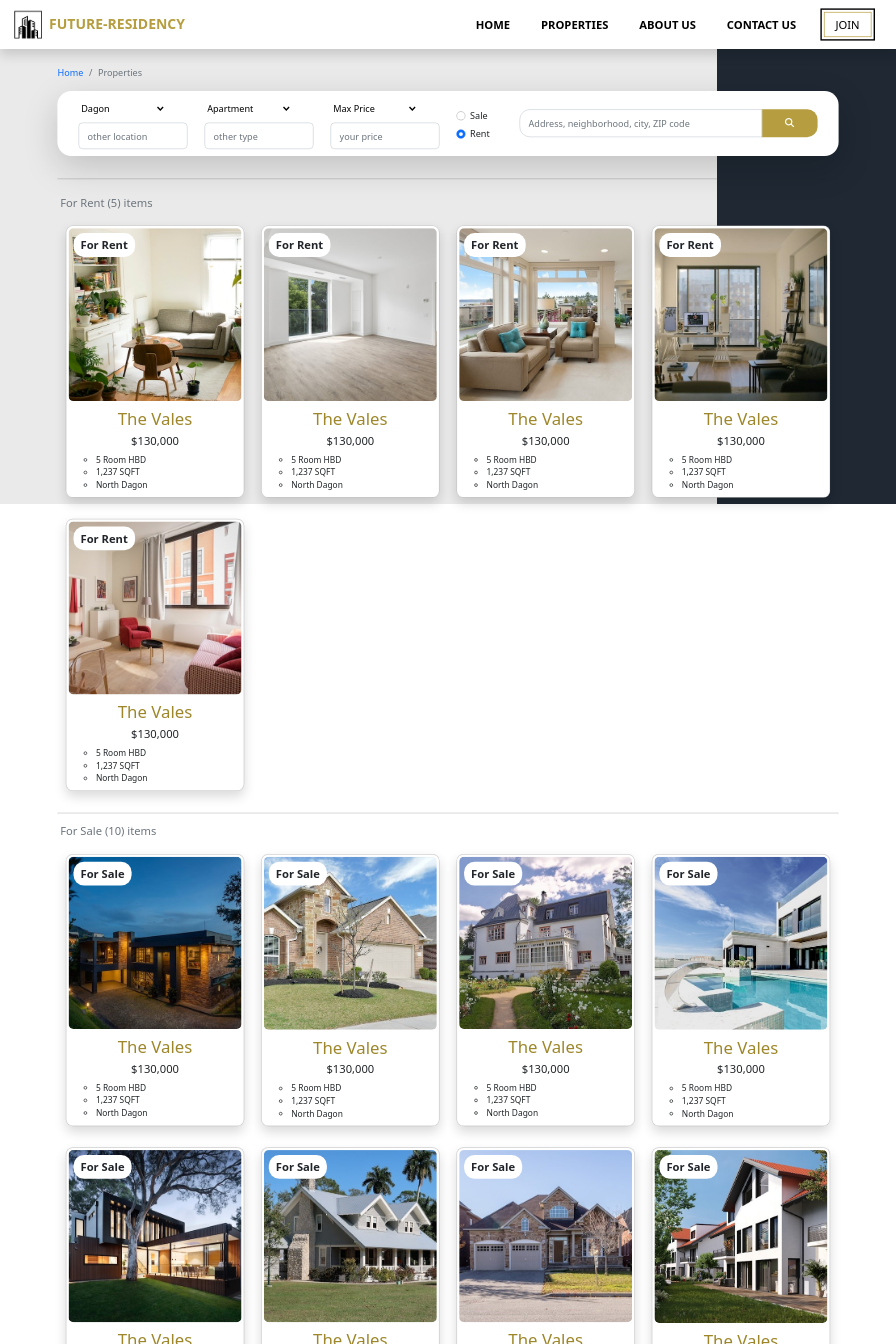
Repository: pyaestk/Future-residency
Page: properties.html
These files come from the project's save history. The page is drawn as it stood at one moment and after the next save; the edit follows.
The browser window is 1280 px wide. The pictures show the part of the page from y = 0 to 1920 px (the page is 2951 px tall), at 70% of full size.

Above is the page before, as saved 2022-12-13 16:56:53.

### properties.html
<!doctype html>
<html lang="en">
  <head>
    <meta charset="utf-8">
    <meta name="viewport" content="width=device-width, initial-scale=1, minimum-scale=1, maximum-scale=1 ">
    <title>FUTURE-RESIDENCY</title>
    <!--bootstrap-->
    <link href="https://cdn.jsdelivr.net/npm/bootstrap@5.2.3/dist/css/bootstrap.min.css" rel="stylesheet" integrity="sha384-rbsA2VBKQhggwzxH7pPCaAqO46MgnOM80zW1RWuH61DGLwZJEdK2Kadq2F9CUG65" crossorigin="anonymous">

    <!--custom css-->
    <link rel="stylesheet" href="style.css" type="text/css">
    <link rel="stylesheet" href="styleMobileview.css" type="text/css">
    <link rel="stylesheet" href="styleTabletview.css" type="text/css">

    <!--font awesome-->
    <link rel="stylesheet" href="https://cdnjs.cloudflare.com/ajax/libs/font-awesome/6.2.1/css/all.min.css" integrity="sha512-MV7K8+y+gLIBoVD59lQIYicR65iaqukzvf/nwasF0nqhPay5w/9lJmVM2hMDcnK1OnMGCdVK+iQrJ7lzPJQd1w==" crossorigin="anonymous" referrerpolicy="no-referrer" />

    <!--swiper js-->
    <link rel="stylesheet" href="https://cdn.jsdelivr.net/npm/swiper@8/swiper-bundle.min.css"/>

  </head>

<body>
  <div class="indexBackground"></div>
  <!--navigation-->
  <nav class="shadow">
    <div class="logo-area">
      <img src="img/FUTURE_ReSIDENCY-removebg-preview.png" alt="logo" class="logo">
      <span>FUTURE-RESIDENCY</span>
    </div>


    <!--desktop-->
    <div class="navlinks" id="nav-right">
      <div class="icon closeMenubar shadow" onclick="hideMenu()">
        <i class="fa-solid fa-xmark"></i>
      </div>
      <ul>
        <li><a href="index.html">HOME</a></li>
        <li><a href="#">PROPERTIES</a></li>
        <li><a href="aboutUs.html">ABOUT US</a></li>
        <li><a href="contactUs.html">CONTACT US</a></li>
        <a href="singIn.html" class="navibutton">JOIN</a></li>
      </ul>
    </div>
    <div class="icon openMenubar">
      <i class="fa-solid fa-bars" onclick="showMenu()"></i>
    </div>
  </nav>
  <!--end navigation-->


  <div class="container pb-5">

    <!--breadcrumb-->
    <div aria-label="breadcrumb" style="font-size: 13px;">
      <ol class="breadcrumb  pt-4">
        <li class="breadcrumb-item"><a href="index.html" class=" text-decoration-none">Home</a></li>
        <li class="breadcrumb-item active" aria-current="page">Properties</li>
      </ol>
    </div>

    <!--search bar-->
    <div class="row">
      <div class="col-md-12">

        <div class="searchSection shadow-lg mb-3">
          <div class="row">
            <div class="col-md-2 col">
              <select name="" id="">
                <option value="">Dagon</option>
                <option value="">North DagonDagon</option>
                <option value="">Yankin</option>
                <option value="">San Chaung</option>
              </select>
              <input type="text" class="form-control" placeholder="other location">
            </div>
            <div class="col-md-2 col">
              <select name="" id="">
                <option value="">Apartment</option>
                <option value="">One-storey</option>
                <option value="">Two-storey</option>
                <option value="">Three-storey</option>
              </select>
              <input type="text" class="form-control" placeholder="other type">
            </div>
            <div class="col-md-2">
              <select name="" id="">
                <option value="">Max Price</option>
                <option value="">Average</option>
                <option value="">Min Price</option>
              </select>
              <input type="text" class="form-control" placeholder="your price">
            </div>
            <div class="col-md-1 col-3 mt-3">
              <div class="form-check">
                <input class="form-check-input" type="radio" name="flexRadioDefault" id="flexRadioDefault1">
                <label class="form-check-label" for="flexRadioDefault1">
                  Sale
                </label>
              </div>
              <div class="form-check">
                <input class="form-check-input" type="radio" name="flexRadioDefault" id="flexRadioDefault2" checked>
                <label class="form-check-label" for="flexRadioDefault2">
                  Rent
                </label>
              </div>
            </div>
            <div class="col-md-5 col-9">
              <div class="input-group form-area searchgroup my-3">
                <input type="text" class="form-control searchbar" placeholder="Address, neighborhood, city, ZIP code">
                <button><i class="fa-solid fa-magnifying-glass"></i></button>
              </div>
            </div>
          </div>
        </div>

      </div>
    </div>
    <!--search bar end-->

    <hr class="mb-4" id="rent">
    <!--for rent items-->
    <h6 class="ps-1 text-muted">For Rent (5) items</h6>

    <div class="container-fluid housecard">
      <div class="row">
        <div class="col-md-3 d-flex justify-content-center">
          <div class="card salecard shadow">
            <div class="salecard-img">
              <img src="img/apartment1.jpg" class="card-img-top img-fluid" alt="...">
              <div class="layer">
                <a href="saleItem.html" class="text-decoration-none text-white"><h5> See More <i class="fa-sharp fa-solid fa-arrow-right-from-bracket"></i></h5></a>
              </div>
              <div class="layer2">
                <span>For  Rent</span>
              </div>
            </div>
            <div class="salecard-body">
              <div class="row">
                <div class="col-md-12 text-center">
                  <h4>The Vales</h4>
                  <h6>$130,000</h6>
                </div>
                <div class="col-md-12">
                  <li>5 Room HBD</li>
                  <li>1,237 SQFT</li>
                  <li>North Dagon</li>
                </div>
              </div>
            </div>
          </div>
        </div>

        <div class="col-md-3 d-flex justify-content-center">
          <div class="card salecard shadow">
            <div class="salecard-img">
              <img src="img/apartment3.jpg" class="card-img-top" alt="...">
              <div class="layer">
                <h5> See More <i class="fa-sharp fa-solid fa-arrow-right-from-bracket"></i></h5>
              </div>
              <div class="layer2">
                <span>For  Rent</span>
              </div>
            </div>
            <div class="salecard-body">
              <div class="row">
                <div class="col-md-12 text-center">
                  <h4>The Vales</h4>
                  <h6>$130,000</h6>
                </div>
                <div class="col-md-12">
                  <li>5 Room HBD</li>
                  <li>1,237 SQFT</li>
                  <li>North Dagon</li>
                </div>
              </div>
            </div>
          </div>
        </div>

        <div class="col-md-3 d-flex justify-content-center">
          <div class="card salecard shadow">
            <div class="salecard-img">
              <img src="img/apartment2.jpg" class="card-img-top" alt="...">
              <div class="layer">
                <h5> See More <i class="fa-sharp fa-solid fa-arrow-right-from-bracket"></i></h5>
              </div>
              <div class="layer2">
                <span>For  Rent</span>
              </div>
            </div>
            <div class="salecard-body">
              <div class="row">
                <div class="col-md-12 text-center">
                  <h4>The Vales</h4>
                  <h6>$130,000</h6>
                </div>
                <div class="col-md-12">
                  <li>5 Room HBD</li>
                  <li>1,237 SQFT</li>
                  <li>North Dagon</li>
                </div>
              </div>
            </div>
          </div>
        </div>

        <div class="col-md-3 d-flex justify-content-center">
          <div class="card salecard shadow">
            <div class="salecard-img">
              <img src="img/apartment4.jpg" class="card-img-top" alt="...">
              <div class="layer">
                <h5> See More <i class="fa-sharp fa-solid fa-arrow-right-from-bracket"></i></h5>
              </div>
              <div class="layer2">
                <span>For  Rent</span>
              </div>
            </div>
            <div class="salecard-body">
              <div class="row">
                <div class="col-md-12 text-center">
                  <h4>The Vales</h4>
                  <h6>$130,000</h6>
                </div>
                <div class="col-md-12">
                  <li>5 Room HBD</li>
                  <li>1,237 SQFT</li>
                  <li>North Dagon</li>
                </div>
              </div>
            </div>
          </div>
        </div>

        <div class="col-md-3 d-flex justify-content-center">
          <div class="card salecard shadow">
            <div class="salecard-img">
              <img src="img/apartment5.jpg" class="card-img-top" alt="...">
              <div class="layer">
                <h5> See More <i class="fa-sharp fa-solid fa-arrow-right-from-bracket"></i></h5>
              </div>
              <div class="layer2">
                <span>For  Rent</span>
              </div>
            </div>
            <div class="salecard-body">
              <div class="row">
                <div class="col-md-12 text-center">
                  <h4>The Vales</h4>
                  <h6>$130,000</h6>
                </div>
                <div class="col-md-12">
                  <li>5 Room HBD</li>
                  <li>1,237 SQFT</li>
                  <li>North Dagon</li>
                </div>
              </div>
            </div>
          </div>
        </div>
      </div>
    </div>
    <!--for rent items end-->
     <hr>
    <!--for sale items-->
    <h6 class="ps-1 text-muted">For Sale (10) items</h6>

    <div class="container-fluid housecard">
      <div class="row">
        <div class="col-md-3 d-flex justify-content-center">
          <div class="card salecard shadow">
            <div class="salecard-img">
              <img src="img/house3.jpg" class="card-img-top" alt="...">
              <div class="layer">
                <h5> See More <i class="fa-sharp fa-solid fa-arrow-right-from-bracket"></i></h5>
              </div>
              <div class="layer2">
                <span>For Sale</span>
              </div>
            </div>
            <div class="salecard-body">
              <div class="row">
                <div class="col-md-12 text-center">
                  <h4>The Vales</h4>
                  <h6>$130,000</h6>
                </div>
                <div class="col-md-12">
                  <li>5 Room HBD</li>
                  <li>1,237 SQFT</li>
                  <li>North Dagon</li>
                </div>
              </div>
            </div>
          </div>
        </div>

        <div class="col-md-3 d-flex justify-content-center">
          <div class="card salecard shadow">
            <div class="salecard-img">
              <img src="img/house2.jpg" class="card-img-top" alt="...">
              <div class="layer">
                <h5> See More <i class="fa-sharp fa-solid fa-arrow-right-from-bracket"></i></h5>
              </div>
              <div class="layer2">
                <span>For Sale</span>
              </div>
            </div>
            <div class="salecard-body">
              <div class="row">
                <div class="col-md-12 text-center">
                  <h4>The Vales</h4>
                  <h6>$130,000</h6>
                </div>
                <div class="col-md-12">
                  <li>5 Room HBD</li>
                  <li>1,237 SQFT</li>
                  <li>North Dagon</li>
                </div>
              </div>
            </div>
          </div>
        </div>

        <div class="col-md-3 d-flex justify-content-center">
          <div class="card salecard shadow">
            <div class="salecard-img">
              <img src="img/house1.jpg" class="card-img-top" alt="...">
              <div class="layer">
                <h5> See More <i class="fa-sharp fa-solid fa-arrow-right-from-bracket"></i></h5>
              </div>
              <div class="layer2">
                <span>For Sale</span>
              </div>
            </div>
            <div class="salecard-body">
              <div class="row">
                <div class="col-md-12 text-center">
                  <h4>The Vales</h4>
                  <h6>$130,000</h6>
                </div>
                <div class="col-md-12">
                  <li>5 Room HBD</li>
                  <li>1,237 SQFT</li>
                  <li>North Dagon</li>
                </div>
              </div>
            </div>
          </div>
        </div>

        <div class="col-md-3 d-flex justify-content-center">
          <div class="card salecard shadow">
            <div class="salecard-img">
              <img src="img/house4.jpg" class="card-img-top" alt="...">
              <div class="layer">
                <h5> See More <i class="fa-sharp fa-solid fa-arrow-right-from-bracket"></i></h5>
              </div>
              <div class="layer2">
                <span>For Sale</span>
              </div>
            </div>
            <div class="salecard-body">
              <div class="row">
                <div class="col-md-12 text-center">
                  <h4>The Vales</h4>
                  <h6>$130,000</h6>
                </div>
                <div class="col-md-12">
                  <li>5 Room HBD</li>
                  <li>1,237 SQFT</li>
                  <li>North Dagon</li>
                </div>
              </div>
            </div>
          </div>
        </div>

        <div class="col-md-3 d-flex justify-content-center">
          <div class="card salecard shadow">
            <div class="salecard-img">
              <img src="img/house5.jpg" class="card-img-top" alt="...">
              <div class="layer">
                <h5> See More <i class="fa-sharp fa-solid fa-arrow-right-from-bracket"></i></h5>
              </div>
              <div class="layer2">
                <span>For Sale</span>
              </div>
            </div>
            <div class="salecard-body">
              <div class="row">
                <div class="col-md-12 text-center">
                  <h4>The Vales</h4>
                  <h6>$130,000</h6>
                </div>
                <div class="col-md-12">
                  <li>5 Room HBD</li>
                  <li>1,237 SQFT</li>
                  <li>North Dagon</li>
                </div>
              </div>
            </div>
          </div>
        </div>
        <div class="col-md-3 d-flex justify-content-center">
          <div class="card salecard shadow">
            <div class="salecard-img">
              <img src="img/house6.jpg" class="card-img-top" alt="...">
              <div class="layer">
                <h5> See More <i class="fa-sharp fa-solid fa-arrow-right-from-bracket"></i></h5>
              </div>
              <div class="layer2">
                <span>For Sale</span>
              </div>
            </div>
            <div class="salecard-body">
              <div class="row">
                <div class="col-md-12 text-center">
                  <h4>The Vales</h4>
                  <h6>$130,000</h6>
                </div>
                <div >
                  <li>5 Room HBD</li>
                  <li>1,237 SQFT</li>
                  <li>North Dagon</li>
                </div>
              </div>
            </div>
          </div>
        </div>
        <div class="col-md-3 d-flex justify-content-center">
          <div class="card salecard shadow">
            <div class="salecard-img">
              <img src="img/house7.jpg" class="card-img-top" alt="...">
              <div class="layer">
                <h5> See More <i class="fa-sharp fa-solid fa-arrow-right-from-bracket"></i></h5>
              </div>
              <div class="layer2">
                <span>For Sale</span>
              </div>
            </div>
            <div class="salecard-body">
              <div class="row">
                <div class="col-md-12 text-center">
                  <h4>The Vales</h4>
                  <h6>$130,000</h6>
                </div>
                <div class="col-md-12">
                  <li>5 Room HBD</li>
                  <li>1,237 SQFT</li>
                  <li>North Dagon</li>
                </div>
              </div>
            </div>
          </div>
        </div>
        <div class="col-md-3 d-flex justify-content-center">
          <div class="card salecard shadow">
            <div class="salecard-img">
              <img src="img/house8.jpg" class="card-img-top" alt="...">
              <div class="layer">
                <h5> See More <i class="fa-sharp fa-solid fa-arrow-right-from-bracket"></i></h5>
              </div>
              <div class="layer2">
                <span>For Sale</span>
              </div>
            </div>
            <div class="salecard-body">
              <div class="row">
                <div class="col-md-12 text-center">
                  <h4>The Vales</h4>
                  <h6>$130,000</h6>
                </div>
                <div class="col-md-12">
                  <li>5 Room HBD</li>
                  <li>1,237 SQFT</li>
                  <li>North Dagon</li>
                </div>
              </div>
            </div>
          </div>
        </div>
        <div class="col-md-3 d-flex justify-content-center">
          <div class="card salecard shadow">
            <div class="salecard-img">
              <img src="img/house9.jpg" class="card-img-top" alt="...">
              <div class="layer">
                <h5> See More <i class="fa-sharp fa-solid fa-arrow-right-from-bracket"></i></h5>
              </div>
              <div class="layer2">
                <span>For Sale</span>
              </div>
            </div>
            <div class="salecard-body">
              <div class="row">
                <div class="col-md-12 text-center">
                  <h4>The Vales</h4>
                  <h6>$130,000</h6>
                </div>
                <div class="col-md-12">
                  <li>5 Room HBD</li>
                  <li>1,237 SQFT</li>
                  <li>North Dagon</li>
                </div>
              </div>
            </div>
          </div>
        </div>
        <div class="col-md-3 d-flex justify-content-center">
          <div class="card salecard shadow">
            <div class="salecard-img">
              <img src="img/house10.jpg" class="card-img-top" alt="...">
              <div class="layer">
                <h5> See More <i class="fa-sharp fa-solid fa-arrow-right-from-bracket"></i></h5>
              </div>
              <div class="layer2">
                <span>For  Sale</span>
              </div>
            </div>
            <div class="salecard-body">
              <div class="row">
                <div class="col-md-12 text-center">
                  <h4>The Vales</h4>
                  <h6>$130,000</h6>
                </div>
                <div class="col-md-12">
                  <li>5 Room HBD</li>
                  <li>1,237 SQFT</li>
                  <li>North Dagon</li>
                </div>
              </div>
            </div>
          </div>
        </div>
      </div>
    </div>


  </div>

  <!--footer-->
  <div class="footer pt-5">
    <div class="container text-center text-white">
      <div class="row">
        <div class="col-md-12 my-5" id="reveal3">
          <h2><img src="img/FUTURE_ReSIDENCY-removebg-preview-modified.png" alt="logo" class="logo pb-2"><span>
              FUTURE-RESIDENCY </span> Real Estate</h2>
        </div>
      </div>
      <div class="row pb-5 gap-5 justify-content-md-center">
        <div class="col col-md-2" id="reveal3">
          <h5>Our company</h5>
          <div>About Us</div>
          <div>Privacy Policy</div>
          <div>Terms of Service</div>
        </div>
        <div class="col-md-auto" id="reveal3">
          <h5>Advertise with us</h5>
          <div>List a Property</div>
          <div>Business Solutions</div>
        </div>
        <div class="col col-md-2" id="reveal3">
          <h5>Let Us Help</h5>
          <div>Avoid Scams</div>
          <div>Contact Us</div>
          <div>Site Map</div>
        </div>
      </div>
      <hr>
      <div class="row text-center pb-2">
        <div class="col-md-12">
          <span class="copyright" id="reveal3">© 2022 Rent Group Inc. All rights reserved. All photos, videos, text and other content
            are the property of Future-Residency Group Inc. APARTMENT GUIDE and the APARTMENT GUIDE Trade Dress
            are registered trademarks of Future-Residency Inc. or its affiliates.</span>
        </div>
      </div>
    </div>
  </div>


  <!--swiper js-->
  <script src="https://cdn.jsdelivr.net/npm/swiper@8/swiper-bundle.min.js"></script>

  <!--javascript-->
  <script src="app.js"></script>

  <!--bootstrap-->
  <script src="https://cdn.jsdelivr.net/npm/bootstrap@5.2.3/dist/js/bootstrap.bundle.min.js" integrity="sha384-kenU1KFdBIe4zVF0s0G1M5b4hcpxyD9F7jL+jjXkk+Q2h455rYXK/7HAuoJl+0I4" crossorigin="anonymous"></script>
</body>
</html>

Loaded but not shown: app.js (123 lines, source omitted); style.css (717 lines, source omitted); styleMobileview.css (246 lines, source omitted); styleTabletview.css (188 lines, source omitted)

After the next save:
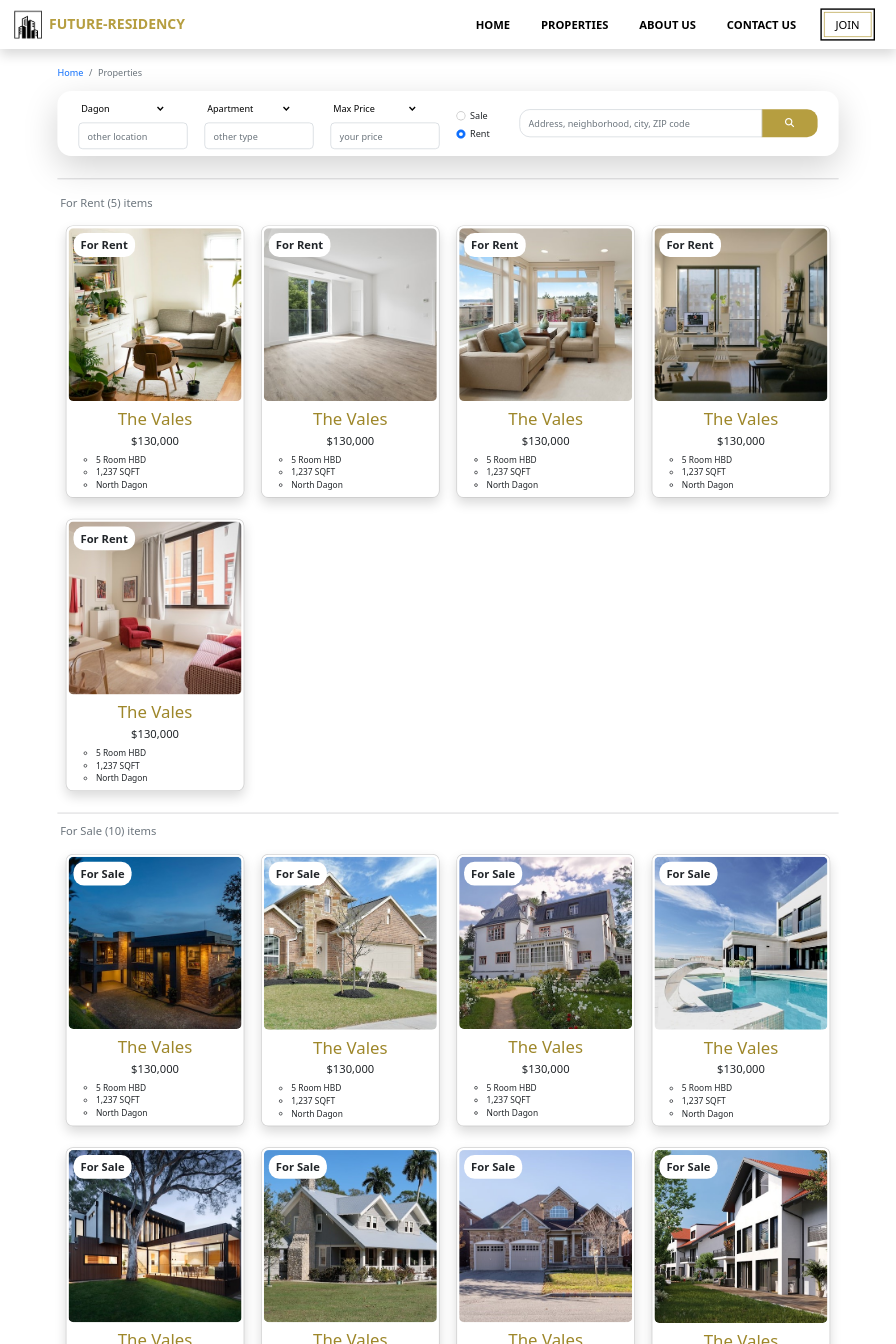
Saved 26 s later.
--- a/properties.html
+++ b/properties.html
@@ -21,7 +21,7 @@
   </head>
 
 <body>
-  <div class="indexBackground"></div>
+  <div class="Background"></div>
   <!--navigation-->
   <nav class="shadow">
     <div class="logo-area">
